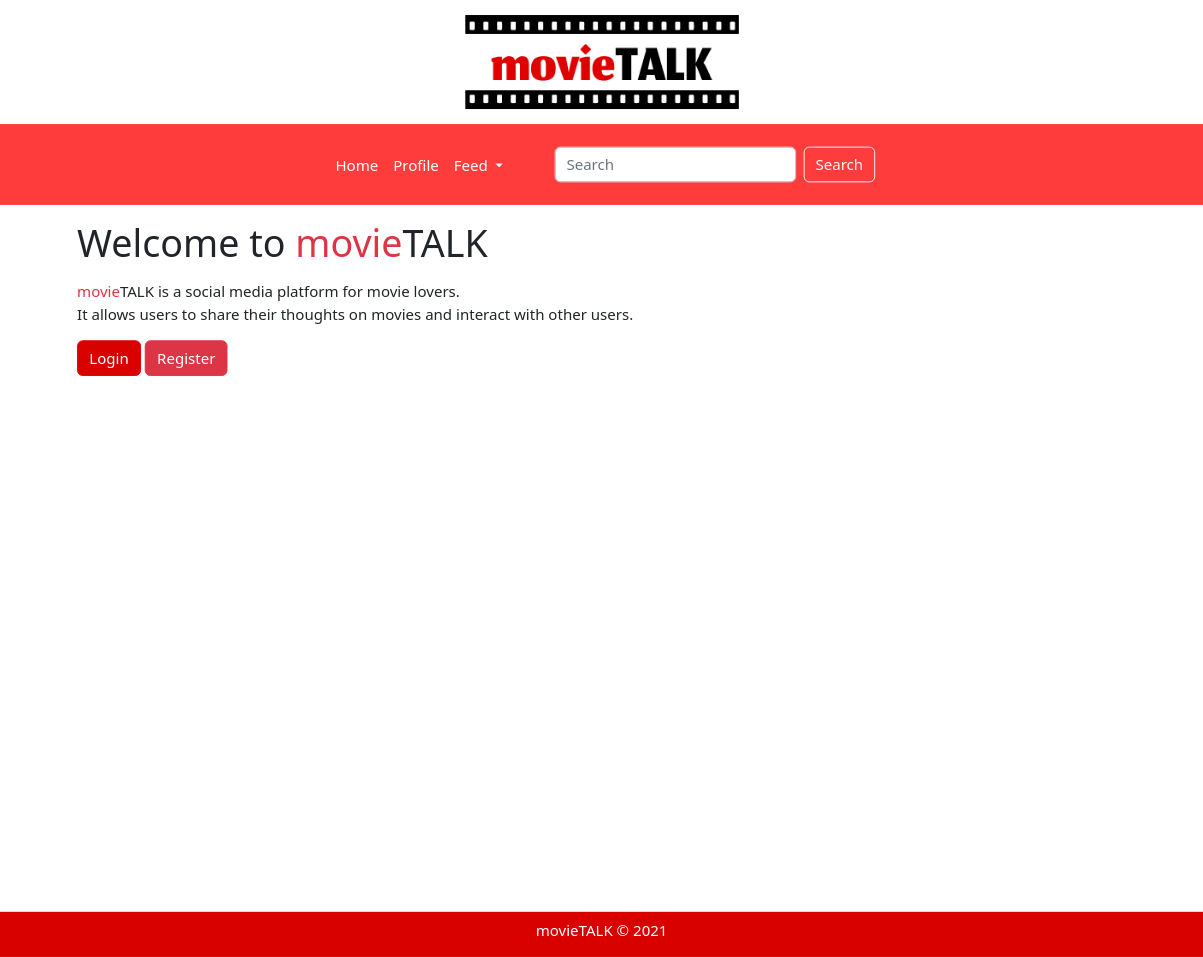
Repository: runeunhjem/css-frameworks-ca
Page: index.html
The author's editor kept a copy of each file at every save. The page is drawn from the files as they stood at one save, then again after a run of saves.
The browser window is 1280 px wide. The pictures show the whole page, at 94% of full size.
The style sheet was rebuilt from its Sass, Less or Tailwind sources for each picture, by a compiler version that may differ from the author's.

Above is the page before, as saved 2023-08-25 08:57:16.

After the next 3 saves:
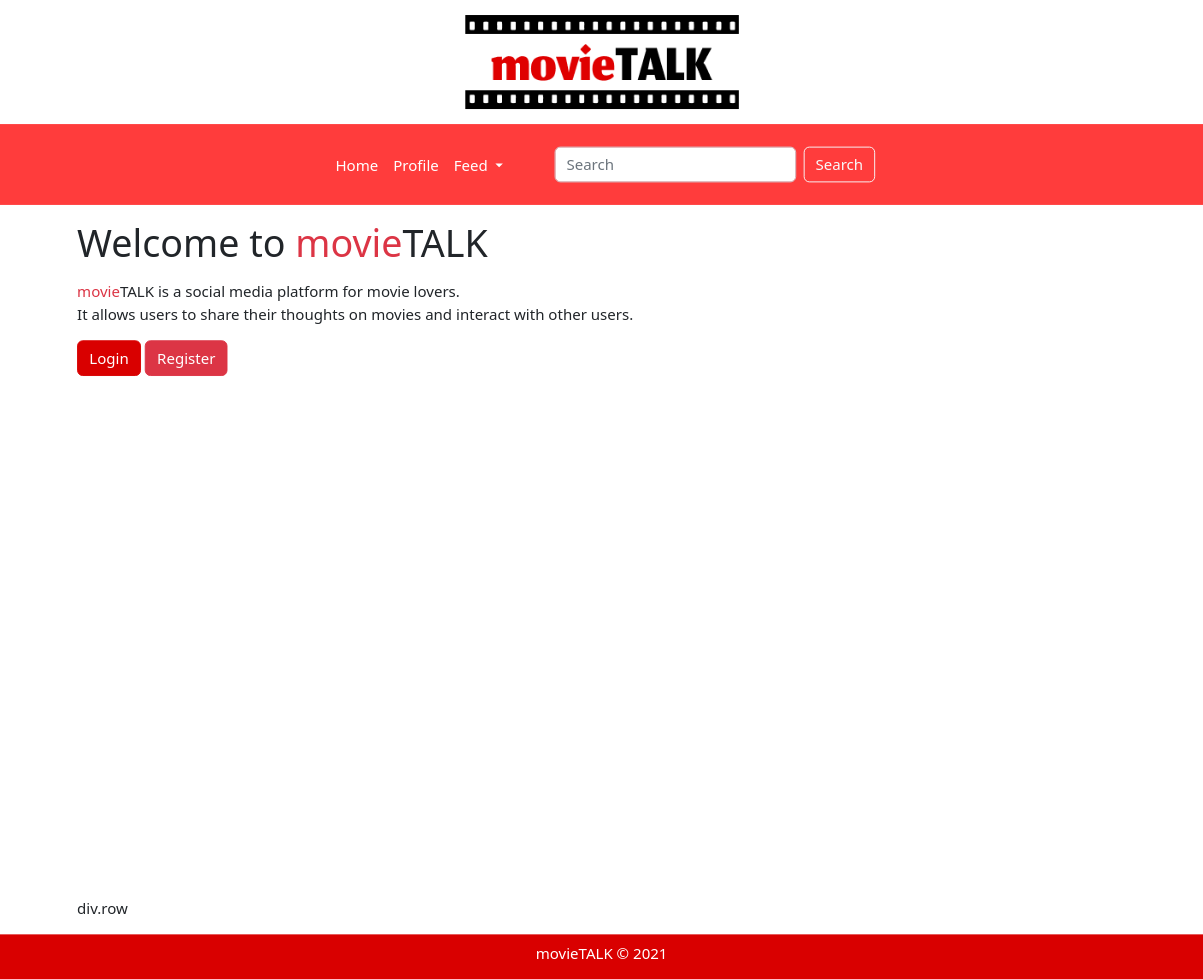
The 3 saves are shown as one change because they came seconds apart.
The last was saved 14 s later.
--- a/index.html
+++ b/index.html
@@ -73,7 +73,10 @@
   </div>
 </main>
 <footer>
+  <div class="container">
+    div.row
 
+  </div>
   <div class="container-fluid bg-primary mt-3">
     <div class="row">
       <div class="col">

After the 4 saves that followed:
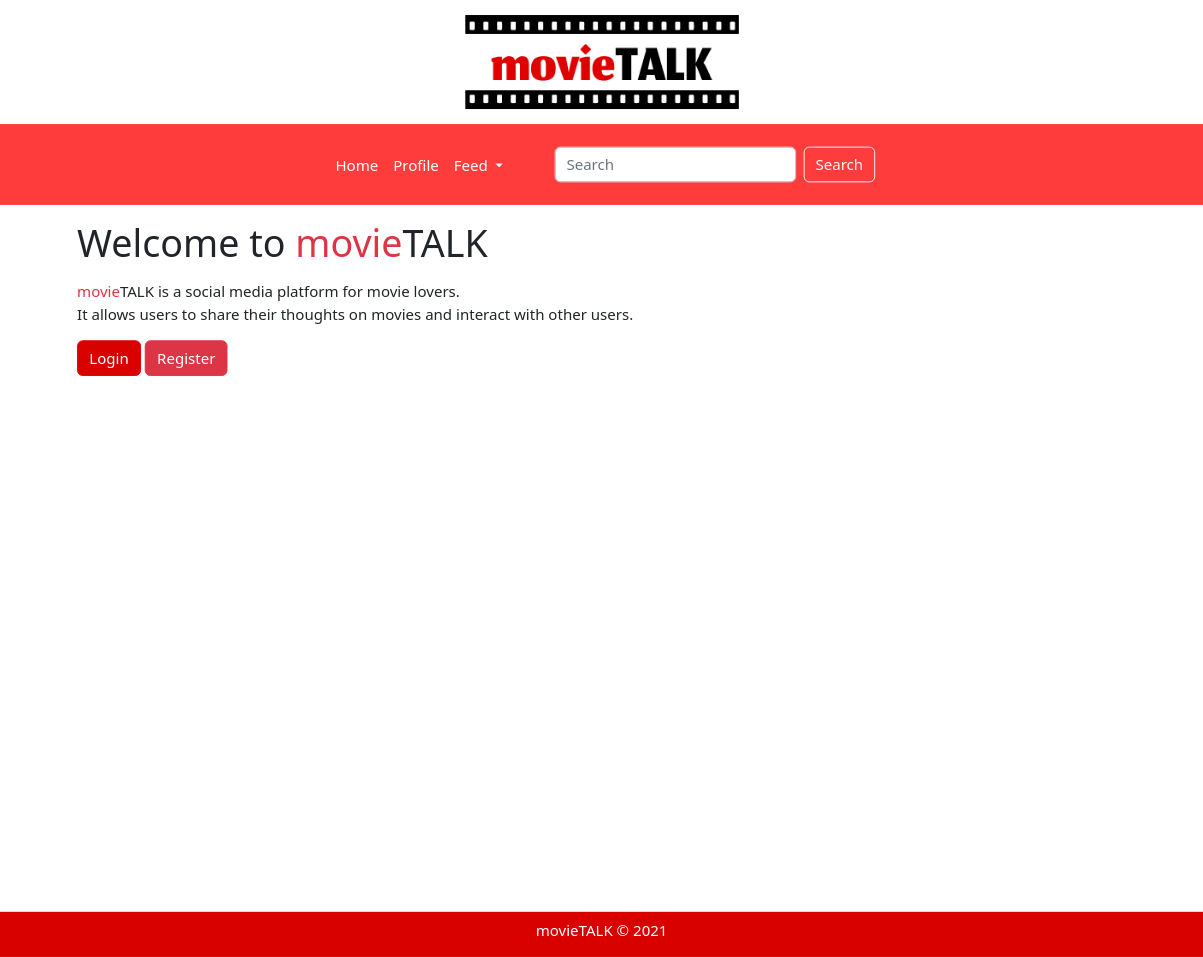
The 4 saves are shown as one change because 1 left the picture as it was and some came seconds apart.
The last was saved 13 s later.
--- a/index.html
+++ b/index.html
@@ -74,7 +74,7 @@
 </main>
 <footer>
   <div class="container">
-    div.row
+
 
   </div>
   <div class="container-fluid bg-primary mt-3">
